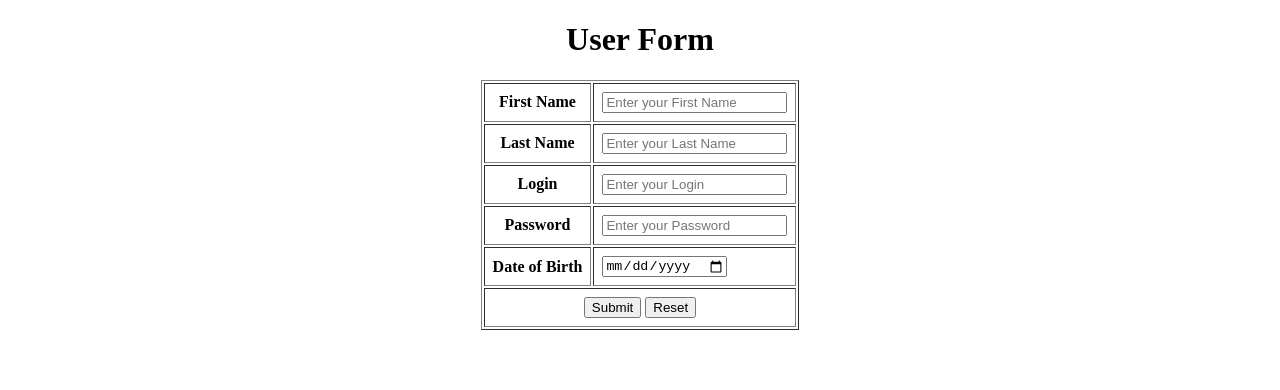
Repository: quaidjohar53/Adv-java
Page: http://localhost/Adv-java_JSPservlet/HelloServlet
These files come from the project's save history. The page is drawn as it stood at one moment and after the next save; the edit follows.
The browser window is 1280 px wide. The pictures show the whole page.
The page is served by Tomcat 9. Other server files are loaded and not shown.

Above is the page before, as saved 2026-07-21 05:24:35.

### Adv-java_JSPservlet/src/main/webapp/HelloView.jsp
<%@ page language="java" contentType="text/html; charset=UTF-8"
    pageEncoding="UTF-8"%>

<!DOCTYPE html>
<html>
<head>
<meta charset="UTF-8">
<title>Hello View</title>
</head>

<body>

<div align="center">

    <h1>User Form</h1>

    <form action="HelloServlet" method="post">

        <table border="1" cellpadding="8">

            <tr>
                <th>First Name</th>
                <td>
                    <input type="text" name="firstname"
                        placeholder="Enter your First Name">
                </td>
            </tr>

            <tr>
                <th>Last Name</th>
                <td>
                    <input type="text" name="lastname"
                        placeholder="Enter your Last Name">
                </td>
            </tr>

            <tr>
                <th>Login</th>
                <td>
                    <input type="text" name="login"
                        placeholder="Enter your Login">
                </td>
            </tr>

            <tr>
                <th>Password</th>
                <td>
                    <input type="password" name="password"
                        placeholder="Enter your Password">
                </td>
            </tr>

            <tr>
                <th>Date of Birth</th>
                <td>
                    <input type="date" name="dob">
                </td>
            </tr>

            <tr>
                <td colspan="2" align="center">
                    <input type="submit" value="Submit">
                    <input type="reset" value="Reset">
                </td>
            </tr>

        </table>

    </form>

</div>

</body>
</html>

### Adv-java_JSPservlet/src/main/java/com/rays/servlet/HelloServlet.java
package com.rays.servlet;

import java.io.IOException;

import javax.servlet.RequestDispatcher;
import javax.servlet.ServletException;
import javax.servlet.annotation.WebServlet;
import javax.servlet.http.HttpServlet;
import javax.servlet.http.HttpServletRequest;
import javax.servlet.http.HttpServletResponse;

@WebServlet("/HelloServlet")
public class HelloServlet extends HttpServlet {
	@Override
	protected void doGet(HttpServletRequest request, HttpServletResponse response)
			throws ServletException, IOException {
		System.out.println("in doGet() ===> method");

		String firstname = request.getParameter("firstname");
		String lastname = request.getParameter("lastname");
		String login = request.getParameter("login");
		String password = request.getParameter("password");
		String dob = request.getParameter("dob");

		System.out.println(firstname);
		System.out.println(lastname);
		System.out.println(login);
		System.out.println(password);
		System.out.println(dob);

		RequestDispatcher rd = request.getRequestDispatcher("HelloView.jsp");
		rd.forward(request, response);

	}

	@Override
	protected void doPost(HttpServletRequest request, HttpServletResponse response)
			throws ServletException, IOException {
		String firstname = request.getParameter("firstname");
		String lastname = request.getParameter("lastname");
		String login = request.getParameter("login");
		String password = request.getParameter("password");
		String dob = request.getParameter("dob");

		System.out.println(firstname);
		System.out.println(lastname);
		System.out.println(login);
		System.out.println(password);
		System.out.println(dob);
		RequestDispatcher rd = request.getRequestDispatcher("HelloView.jsp");
		rd.forward(request, response);
	}

}

After the next save:
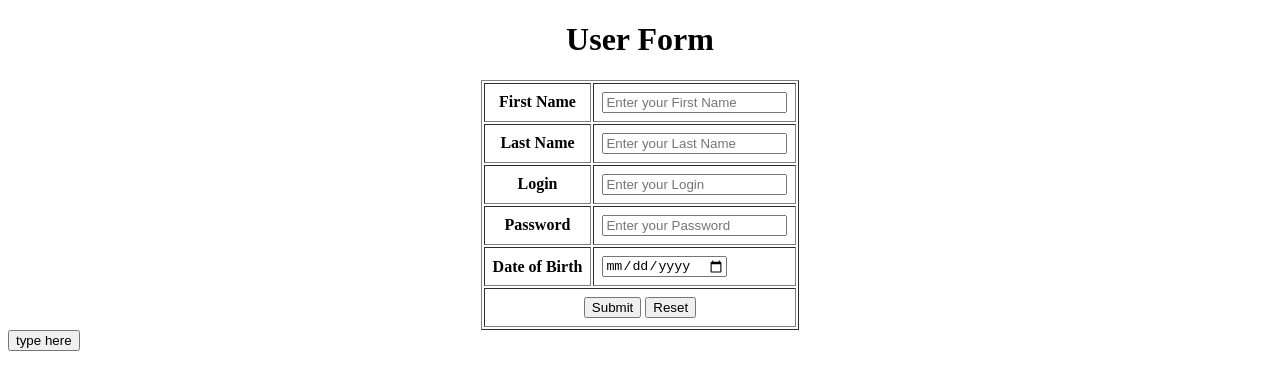
Saved 4 min 14 s later.
--- a/Adv-java_JSPservlet/src/main/webapp/HelloView.jsp
+++ b/Adv-java_JSPservlet/src/main/webapp/HelloView.jsp
@@ -70,5 +70,5 @@
 
 </div>
 
-</body>
+</body><button>type here </button>
 </html>
